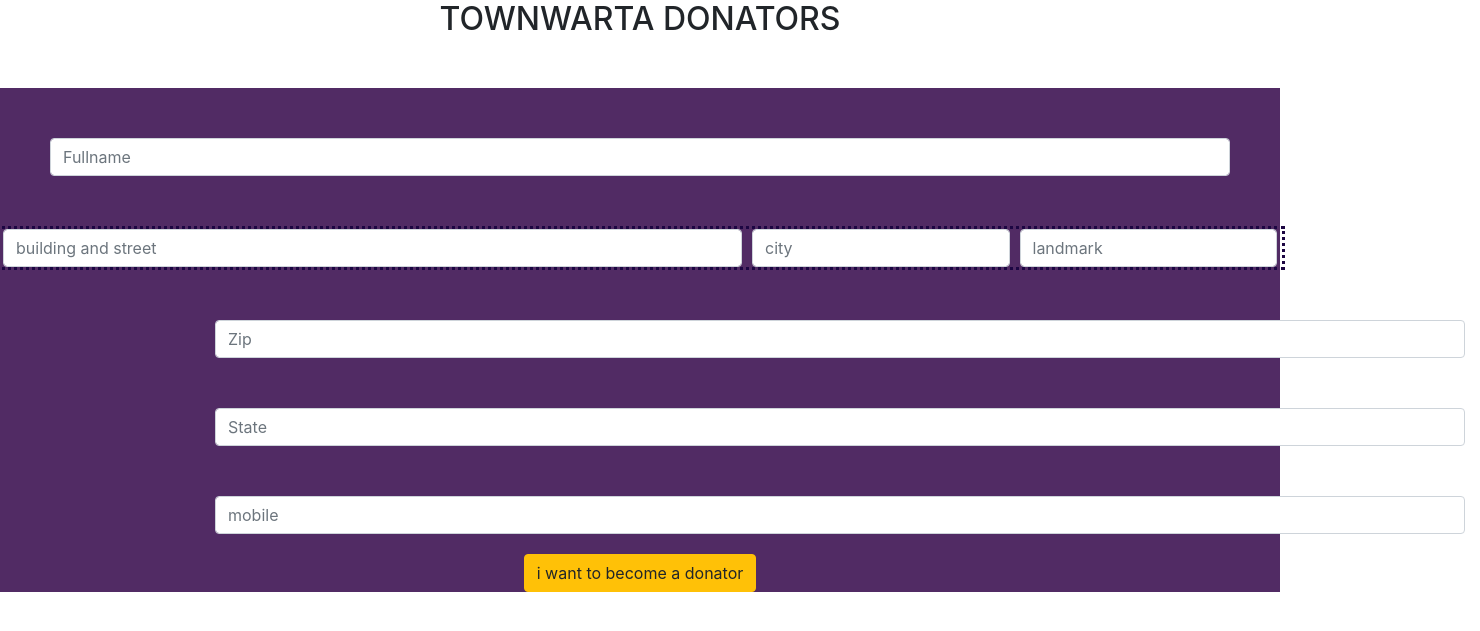
Repository: shivanand1988-28-06/townwarta
Page: http://localhost/donator/donator
The author's editor kept a copy of each file at every save. The page is drawn from the files as they stood at one save, then again after the next save.
The browser window is 1280 px wide. The page is 1480 px wide, so the pictures cover 1480 px, including what lies to the right of the window. The pictures show the whole page.
The page is served by the project's Node server (Townwarta.js).

Above is the page before, as saved 2022-08-30 23:12:25.

After the next save:
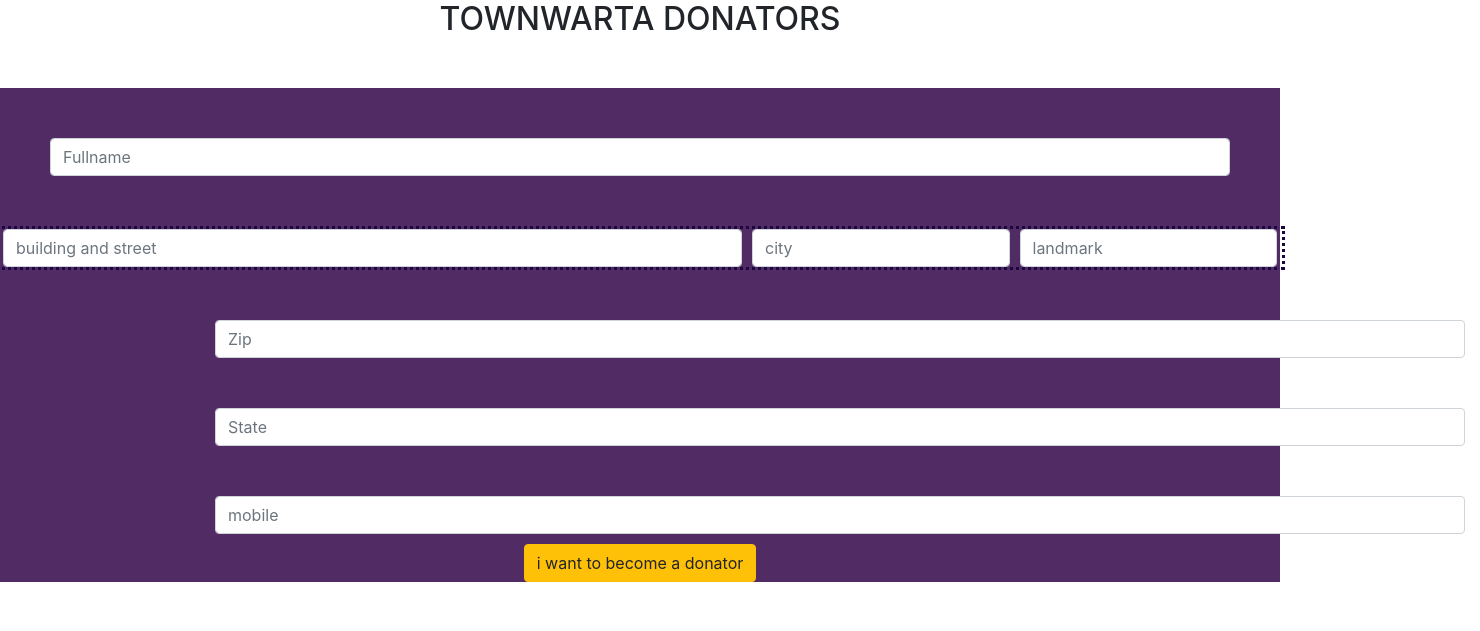
Saved 38 s later.
--- a/views/articles/donator.ejs
+++ b/views/articles/donator.ejs
@@ -37,7 +37,7 @@
           <div class="col" style = "margin : 10px 200px ">
             <input type="number" name = "mobile" class="form-control" placeholder="mobile">
           </div>
-        <div style = "text-align: center; margin-top: 20px;">
+        <div style = "text-align: center; margin:10px 200px;">
             <button type="submit" class="btn btn-warning">i want to become a donator</button>
         </div>
       </form>
